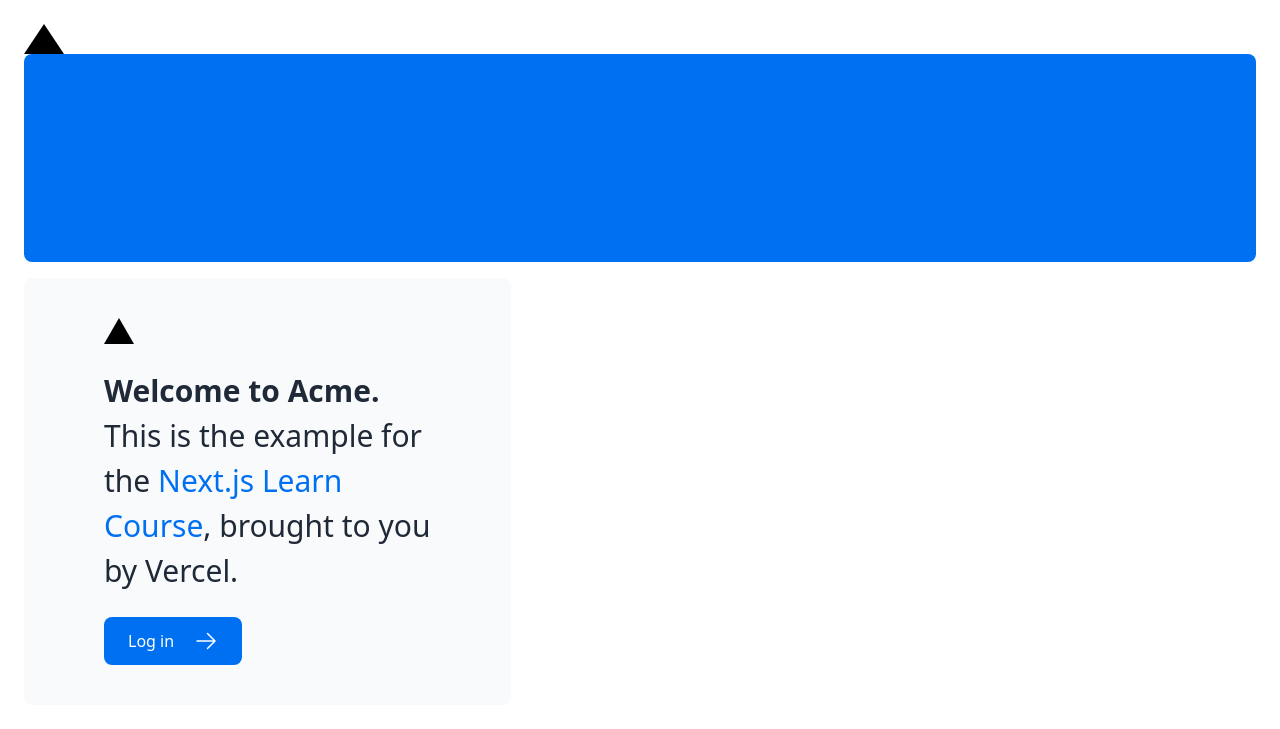
Repository: 0854321/nextjs-dashboard
Page: /
An editor plug-in stored every save of this project. The page is shown before and after a run of saves, followed by the edit.
The browser window is 1280 px wide. The pictures show the whole page.
The project was rebuilt for these pictures with package versions that can differ from the ones it lists, and the page was loaded fresh each time. The framework's server and built-in components were replaced by stand-ins that run in the browser. Also part of the build but not shown: next.config.ts.

Above is the page before, as saved 2025-08-14 18:45:39.

### app/layout.tsx
import "@/app/ui/global.css";
import { inter} from '@/app/ui/fonts';

export default function RootLayout({
  children,
}: {
  children: React.ReactNode;
}) {
  return (
    <html lang="en">
      <body className={``}>{children}</body>
    </html>
  );
}

### app/page.tsx
import AcmeLogo from '@/app/ui/acme-logo';
import { ArrowRightIcon } from '@heroicons/react/24/outline';
import Link from 'next/link';
import styles from '@/app/ui/home.module.css'

export default function Page() {
  return (
    <main className="flex min-h-screen flex-col p-6">
      <div className={styles.shape} />
      <div className="flex h-20 shrink-0 items-end rounded-lg bg-blue-500 p-4 md:h-52">
        {/* <AcmeLogo /> */}
      </div>
      <div className="mt-4 flex grow flex-col gap-4 md:flex-row">
        <div className="flex flex-col justify-center gap-6 rounded-lg bg-gray-50 px-6 py-10 md:w-2/5 md:px-20">
          <div
            className="relative w-0 h-0 border-l-[15px] border-r-[15px] border-b-[26px] border-l-transparent border-r-transparent border-b-black"
          />
          <p className={`text-xl text-gray-800 md:text-3xl md:leading-normal`}>
            <strong>Welcome to Acme.</strong> This is the example for the{' '}
            <a href="https://nextjs.org/learn/" className="text-blue-500">
              Next.js Learn Course
            </a>
            , brought to you by Vercel.
          </p>
          <Link
            href="/login"
            className="flex items-center gap-5 self-start rounded-lg bg-blue-500 px-6 py-3 text-sm font-medium text-white transition-colors hover:bg-blue-400 md:text-base"
          >
            <span>Log in</span> <ArrowRightIcon className="w-5 md:w-6" />
          </Link>
        </div>
        <div className="flex items-center justify-center p-6 md:w-3/5 md:px-28 md:py-12">
          {/* Add Hero Images Here */}
        </div>
      </div>
    </main>
  );
}

### app/ui/fonts.ts
import { Inter } from 'next/font/google';

export const inter = Inter({subsets: ['latin']});

Loaded but not shown: app/ui/global.css (common file); app/ui/home.module.css (common file); tailwind.config.ts (common file)

After the next 8 saves:
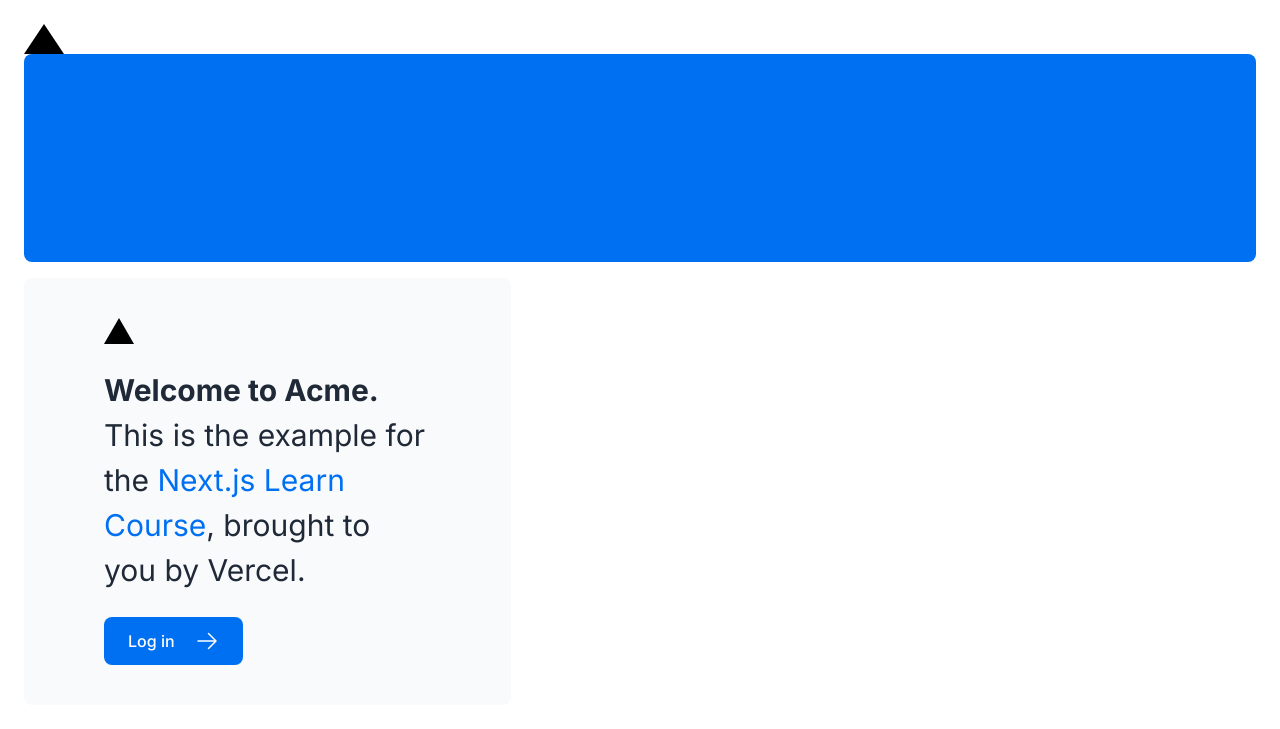
The 8 saves are shown as one change because they came seconds apart.
The last was saved 18 s later.
--- a/app/layout.tsx
+++ b/app/layout.tsx
@@ -8,7 +8,7 @@
 }) {
   return (
     <html lang="en">
-      <body className={``}>{children}</body>
+      <body className={`${inter.className} antialiased`}>{children}</body>
     </html>
   );
 }
